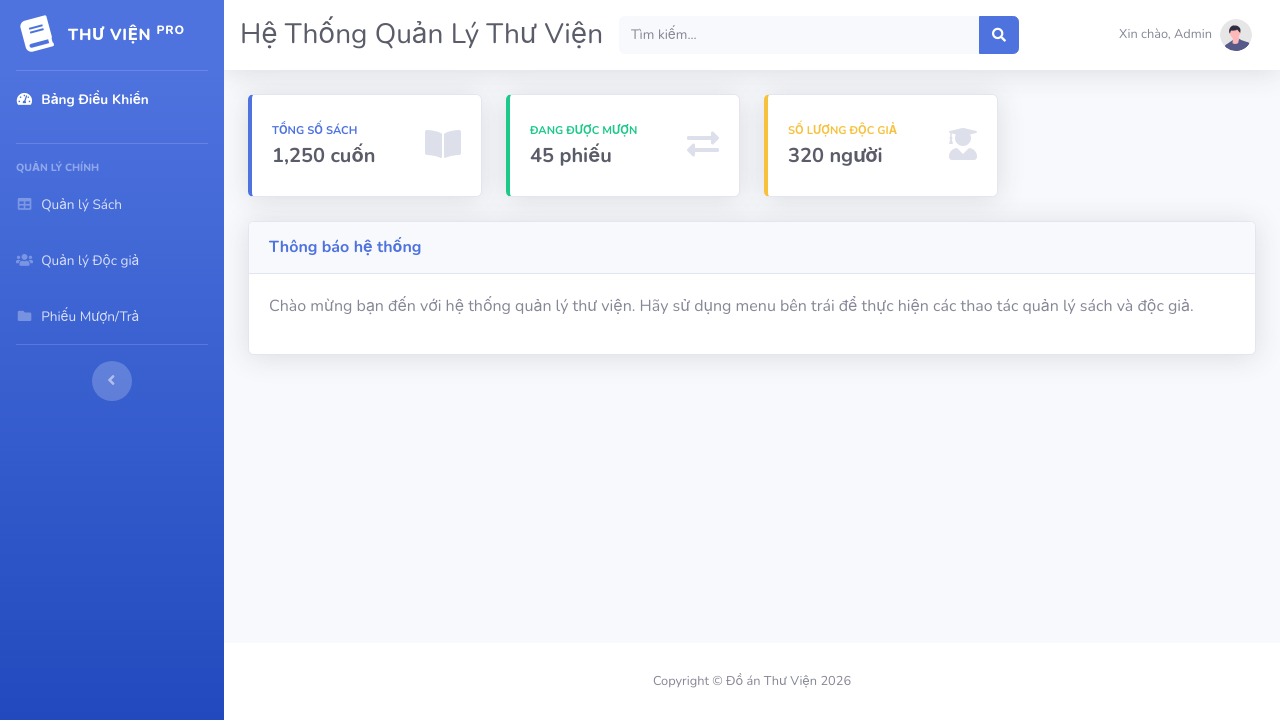
Repository: anhduong030409/LibraryManagement
Page: http://localhost/LibraryManagement/index_1.jsp
These files come from the project's save history. The page is drawn as it stood at one moment and after the next save; the edit follows.
The browser window is 1280 px wide. The pictures show the whole page.
The page is served by Tomcat 9. Other server files are loaded and not shown.

Above is the page before, as saved 2026-03-11 17:58:08.

### LibraryManagement/src/main/webapp/index_1.jsp
<%@ page language="java" contentType="text/html; charset=UTF-8" pageEncoding="UTF-8"%>
<!DOCTYPE html>
<html lang="vi">

<head>
    <meta charset="utf-8">
    <meta http-equiv="X-UA-Compatible" content="IE=edge">
    <meta name="viewport" content="width=device-width, initial-scale=1, shrink-to-fit=no">
    <title>Quản Lý Thư Viện - Dashboard</title>

    <link href="${pageContext.request.contextPath}/vendor/fontawesome-free/css/all.min.css" rel="stylesheet" type="text/css">
    <link href="https://fonts.googleapis.com/css?family=Nunito:200,200i,300,300i,400,400i,600,600i,700,700i,800,800i,900,900i" rel="stylesheet">
    <link href="${pageContext.request.contextPath}/css/sb-admin-2.min.css" rel="stylesheet">
</head>

<body id="page-top">

    <div id="wrapper">

        <jsp:include page="sidebar.jsp"></jsp:include>
        <div id="content-wrapper" class="d-flex flex-column">
            <div id="content">

                <nav class="navbar navbar-expand navbar-light bg-white topbar mb-4 static-top shadow">
                    <h1 class="h3 mb-0 text-gray-800">Hệ Thống Quản Lý Thư Viện</h1>
                    <!-- Topbar Search -->
                    <form
                        class="d-none d-sm-inline-block form-inline mr-auto ml-md-3 my-2 my-md-0 mw-100 navbar-search">
                        <div class="input-group">
                            <input type="text" class="form-control bg-light border-0 small" placeholder="Tìm kiếm..."
                                aria-label="Search" aria-describedby="basic-addon2">
                            <div class="input-group-append">
                                <button class="btn btn-primary" type="button">
                                    <i class="fas fa-search fa-sm"></i>
                                </button>
                            </div>
                        </div>
                    </form>
                    <ul class="navbar-nav ml-auto">

                        <li class="nav-item dropdown no-arrow">
                            <a class="nav-link dropdown-toggle" href="#" id="userDropdown" role="button" data-toggle="dropdown">
                                <span class="mr-2 d-none d-lg-inline text-gray-600 small">Xin chào, Admin</span>
                                <img class="img-profile rounded-circle" src="${pageContext.request.contextPath}/img/undraw_profile.svg">
                            </a>
                        </li>
                    </ul>
                </nav>

                <div class="container-fluid">
                    <div class="row">

                        <div class="col-xl-3 col-md-6 mb-4">
                            <div class="card border-left-primary shadow h-100 py-2">
                                <div class="card-body">
                                    <div class="row no-gutters align-items-center">
                                        <div class="col mr-2">
                                            <div class="text-xs font-weight-bold text-primary text-uppercase mb-1">Tổng số sách</div>
                                            <div class="h5 mb-0 font-weight-bold text-gray-800">1,250 cuốn</div>
                                        </div>
                                        <div class="col-auto">
                                            <i class="fas fa-book-open fa-2x text-gray-300"></i>
                                        </div>
                                    </div>
                                </div>
                            </div>
                        </div>

                        <div class="col-xl-3 col-md-6 mb-4">
                            <div class="card border-left-success shadow h-100 py-2">
                                <div class="card-body">
                                    <div class="row no-gutters align-items-center">
                                        <div class="col mr-2">
                                            <div class="text-xs font-weight-bold text-success text-uppercase mb-1">Đang được mượn</div>
                                            <div class="h5 mb-0 font-weight-bold text-gray-800">45 phiếu</div>
                                        </div>
                                        <div class="col-auto">
                                            <i class="fas fa-exchange-alt fa-2x text-gray-300"></i>
                                        </div>
                                    </div>
                                </div>
                            </div>
                        </div>

                        <div class="col-xl-3 col-md-6 mb-4">
                            <div class="card border-left-warning shadow h-100 py-2">
                                <div class="card-body">
                                    <div class="row no-gutters align-items-center">
                                        <div class="col mr-2">
                                            <div class="text-xs font-weight-bold text-warning text-uppercase mb-1">Số lượng độc giả</div>
                                            <div class="h5 mb-0 font-weight-bold text-gray-800">320 người</div>
                                        </div>
                                        <div class="col-auto">
                                            <i class="fas fa-user-graduate fa-2x text-gray-300"></i>
                                        </div>
                                    </div>
                                </div>
                            </div>
                        </div>
                    </div>

                    <div class="row">
                        <div class="col-lg-12">
                            <div class="card shadow mb-4">
                                <div class="card-header py-3">
                                    <h6 class="m-0 font-weight-bold text-primary">Thông báo hệ thống</h6>
                                </div>
                                <div class="card-body">
                                    <p>Chào mừng bạn đến với hệ thống quản lý thư viện. Hãy sử dụng menu bên trái để thực hiện các thao tác quản lý sách và độc giả.</p>
                                </div>
                            </div>
                        </div>
                    </div>

                </div>
                </div>
            <footer class="sticky-footer bg-white">
                <div class="container my-auto">
                    <div class="copyright text-center my-auto">
                        <span>Copyright &copy; Đồ án Thư Viện 2026</span>
                    </div>
                </div>
            </footer>
        </div>
    </div>

    <script src="${pageContext.request.contextPath}/vendor/jquery/jquery.min.js"></script>
    <script src="${pageContext.request.contextPath}/vendor/bootstrap/js/bootstrap.bundle.min.js"></script>
    <script src="${pageContext.request.contextPath}/js/sb-admin-2.min.js"></script>
</body>
</html>

### LibraryManagement/src/main/webapp/sidebar.jsp
<%@ page language="java" contentType="text/html; charset=UTF-8"
    pageEncoding="UTF-8"%>
<!DOCTYPE html>
<html>
<head>
<meta charset="UTF-8">
</head>
<body>
	<ul class="navbar-nav bg-gradient-primary sidebar sidebar-dark accordion" id="accordionSidebar">
	            <a class="sidebar-brand d-flex align-items-center justify-content-center" href="index_1.jsp">
	                <div class="sidebar-brand-icon rotate-n-15">
	                    <i class="fas fa-book"></i>
	                </div>
	                <div class="sidebar-brand-text mx-3">Thư Viện <sup>Pro</sup></div>
	            </a>

	            <hr class="sidebar-divider my-0">
	            <li class="nav-item active">
	                <a class="nav-item active nav-link" href="index_1.jsp">
	                    <i class="fas fa-fw fa-tachometer-alt"></i>
	                    <span>Bảng Điều Khiển</span></a>
	            </li>

	            <hr class="sidebar-divider">
	            <div class="sidebar-heading">Quản lý chính</div>

	            <li class="nav-item">
	                <a class="nav-link" href="books-list.jsp">
	                    <i class="fas fa-fw fa-table"></i>
	                    <span>Quản lý Sách</span></a>
	            </li>
	            <li class="nav-item">
	                <a class="nav-link" href="users-list.jsp">
	                    <i class="fas fa-fw fa-users"></i>
	                    <span>Quản lý Độc giả</span></a>
	            </li>
	            <li class="nav-item">
	                <a class="nav-link" href="borrow-list.jsp">
	                    <i class="fas fa-fw fa-folder"></i>
	                    <span>Phiếu Mượn/Trả</span></a>
	            </li>

	            <hr class="sidebar-divider d-none d-md-block">
	            <div class="text-center d-none d-md-inline">
	                <button class="rounded-circle border-0" id="sidebarToggle"></button>
	            </div>
	        </ul>

</body>
</html>

Loaded but not shown: LibraryManagement/src/main/webapp/css/sb-admin-2.min.css (library); LibraryManagement/src/main/webapp/js/sb-admin-2.min.js (common file); LibraryManagement/src/main/webapp/img/undraw_profile.svg (38 lines, source omitted); LibraryManagement/src/main/webapp/img/undraw_profile_3.svg (47 lines, source omitted); LibraryManagement/src/main/webapp/img/undraw_profile_2.svg (44 lines, source omitted); LibraryManagement/src/main/webapp/img/undraw_profile_1.svg (38 lines, source omitted); LibraryManagement/src/main/webapp/navbar.jsp (215 lines, source omitted)

After the next save:
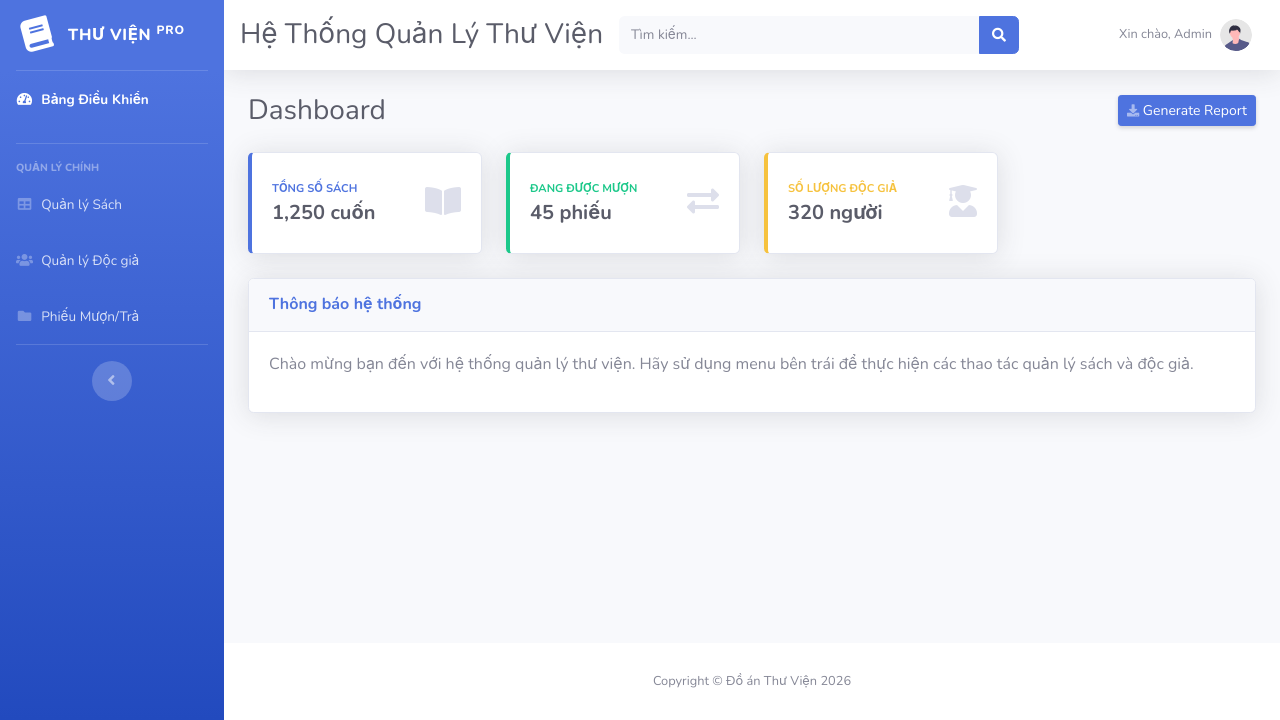
Saved 2 min 1 s later.
--- a/LibraryManagement/src/main/webapp/index_1.jsp
+++ b/LibraryManagement/src/main/webapp/index_1.jsp
@@ -48,6 +48,11 @@
                 </nav>
 
                 <div class="container-fluid">
+                	<div class="d-sm-flex align-items-center justify-content-between mb-4">
+                        <h1 class="h3 mb-0 text-gray-800">Dashboard</h1>
+                        <a href="#" class="d-none d-sm-inline-block btn btn-sm btn-primary shadow-sm"><i
+                                class="fas fa-download fa-sm text-white-50"></i> Generate Report</a>
+                    </div>
                     <div class="row">
 
                         <div class="col-xl-3 col-md-6 mb-4">

After the save that followed:
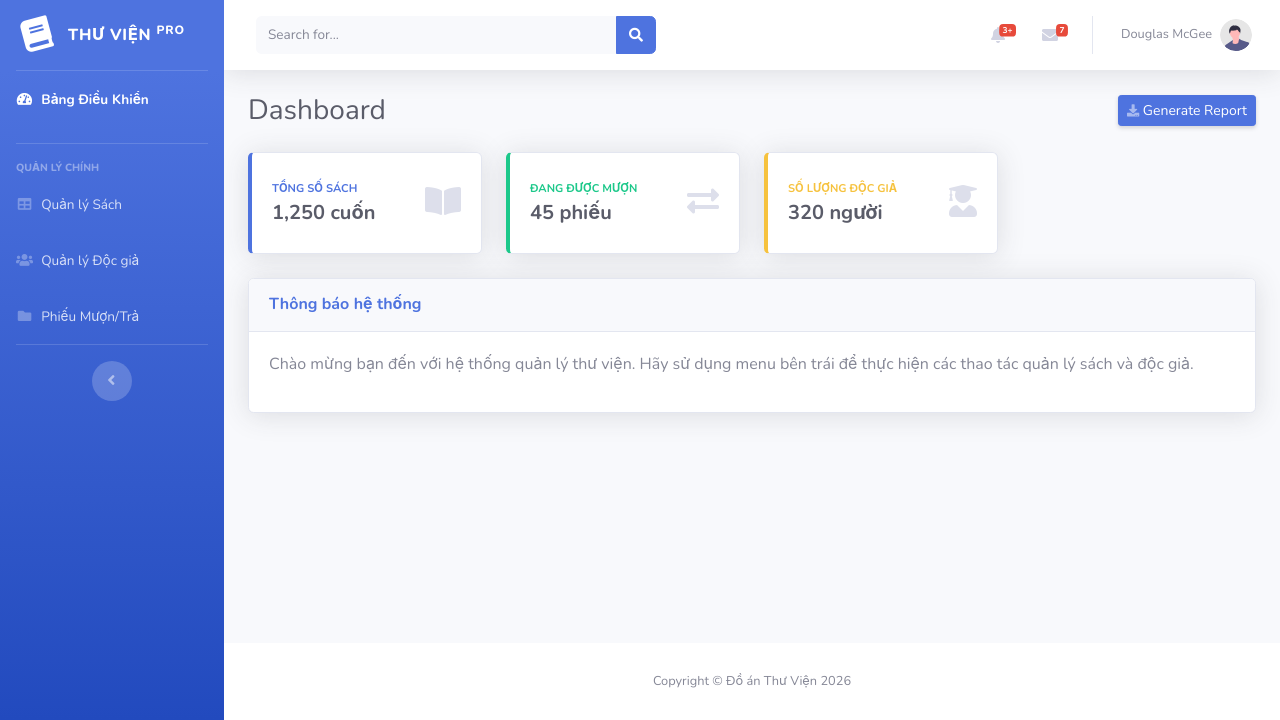
Saved 5 min 32 s later.
--- a/LibraryManagement/src/main/webapp/index_1.jsp
+++ b/LibraryManagement/src/main/webapp/index_1.jsp
@@ -21,31 +21,7 @@
         <div id="content-wrapper" class="d-flex flex-column">
             <div id="content">
 
-                <nav class="navbar navbar-expand navbar-light bg-white topbar mb-4 static-top shadow">
-                    <h1 class="h3 mb-0 text-gray-800">Hệ Thống Quản Lý Thư Viện</h1>
-                    <!-- Topbar Search -->
-                    <form
-                        class="d-none d-sm-inline-block form-inline mr-auto ml-md-3 my-2 my-md-0 mw-100 navbar-search">
-                        <div class="input-group">
-                            <input type="text" class="form-control bg-light border-0 small" placeholder="Tìm kiếm..."
-                                aria-label="Search" aria-describedby="basic-addon2">
-                            <div class="input-group-append">
-                                <button class="btn btn-primary" type="button">
-                                    <i class="fas fa-search fa-sm"></i>
-                                </button>
-                            </div>
-                        </div>
-                    </form>
-                    <ul class="navbar-nav ml-auto">
-
-                        <li class="nav-item dropdown no-arrow">
-                            <a class="nav-link dropdown-toggle" href="#" id="userDropdown" role="button" data-toggle="dropdown">
-                                <span class="mr-2 d-none d-lg-inline text-gray-600 small">Xin chào, Admin</span>
-                                <img class="img-profile rounded-circle" src="${pageContext.request.contextPath}/img/undraw_profile.svg">
-                            </a>
-                        </li>
-                    </ul>
-                </nav>
+                <jsp:include page="navbar.jsp"></jsp:include>
 
                 <div class="container-fluid">
                 	<div class="d-sm-flex align-items-center justify-content-between mb-4">
